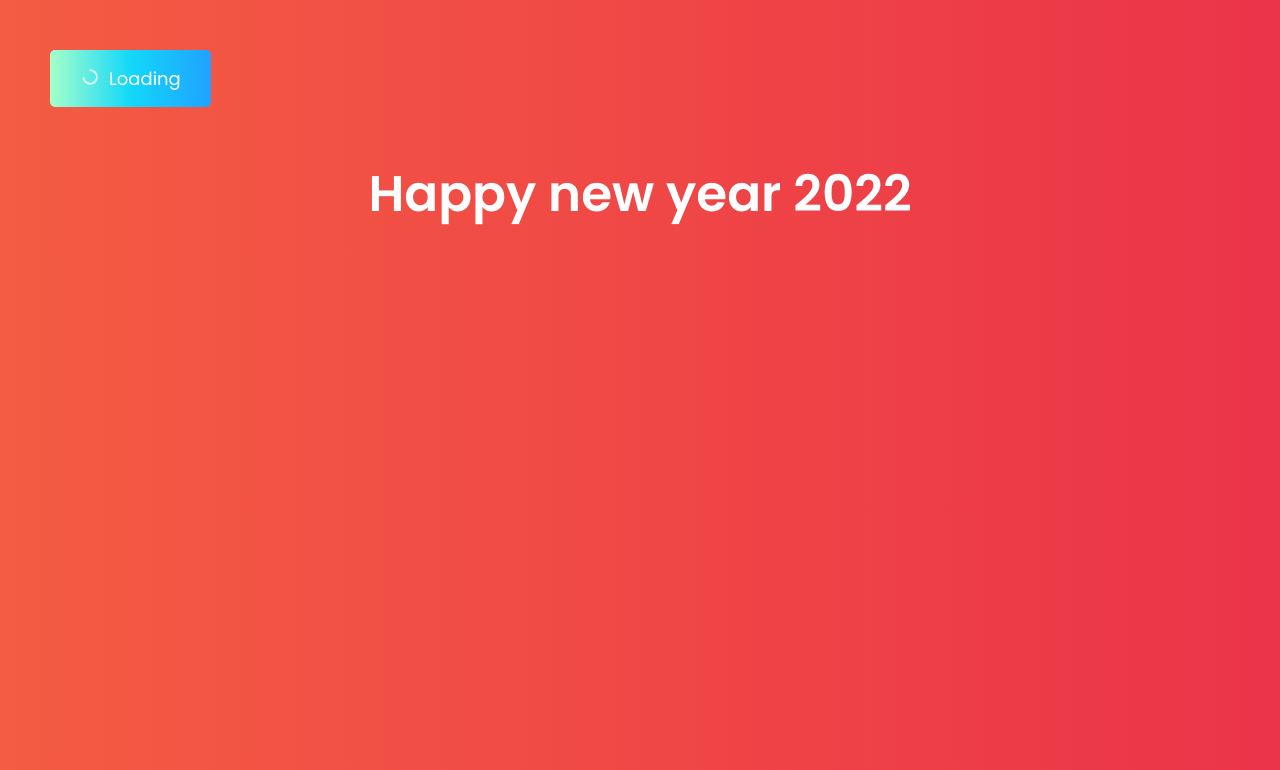
Repository: hoang0508/ReactJsDevWork
Page: /
The author's editor kept a copy of each file at every save. The page is drawn from the files as they stood at one save, then again after the next save.
The browser window is 1280 px wide. The pictures show the whole page.
The project was rebuilt for these pictures with package versions that can differ from the ones it lists, and the page was loaded fresh each time.

Above is the page before, as saved 2022-02-01 23:34:23.

After the next save:
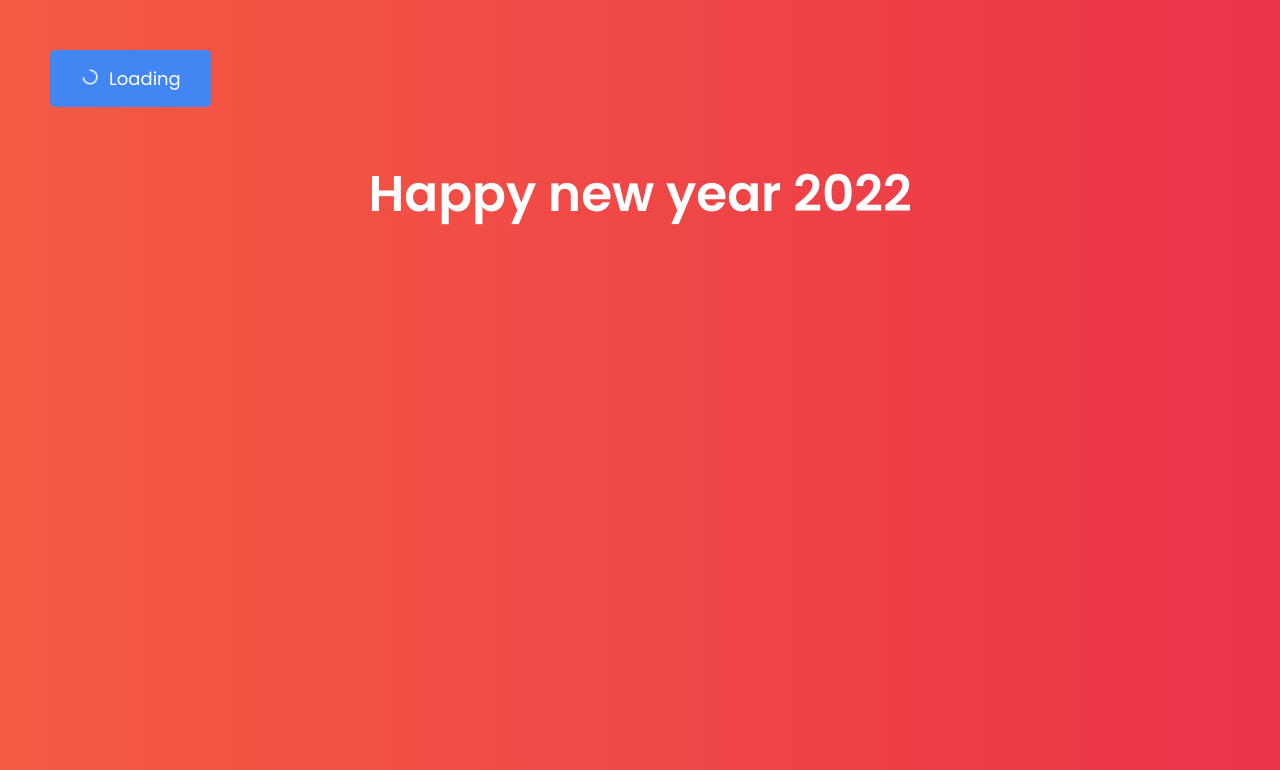
Saved 39 s later.
--- a/src/components/Button/Button.scss
+++ b/src/components/Button/Button.scss
@@ -2,20 +2,7 @@
   margin: 50px;
   font-family: "Poppins", sans-serif;
   font-size: 18px;
-  background: #1fa2ff; /* fallback for old browsers */
-  background: -webkit-linear-gradient(
-    to right,
-    #a6ffcb,
-    #12d8fa,
-    #1fa2ff
-  ); /* Chrome 10-25, Safari 5.1-6 */
-  background: linear-gradient(
-    to right,
-    #a6ffcb,
-    #12d8fa,
-    #1fa2ff
-  ); /* W3C, IE 10+/ Edge, Firefox 16+, Chrome 26+, Opera 12+, Safari 7+ */
-
+  background-color: #4286f4;
   color: #fff;
   outline: none;
   border: 0;
